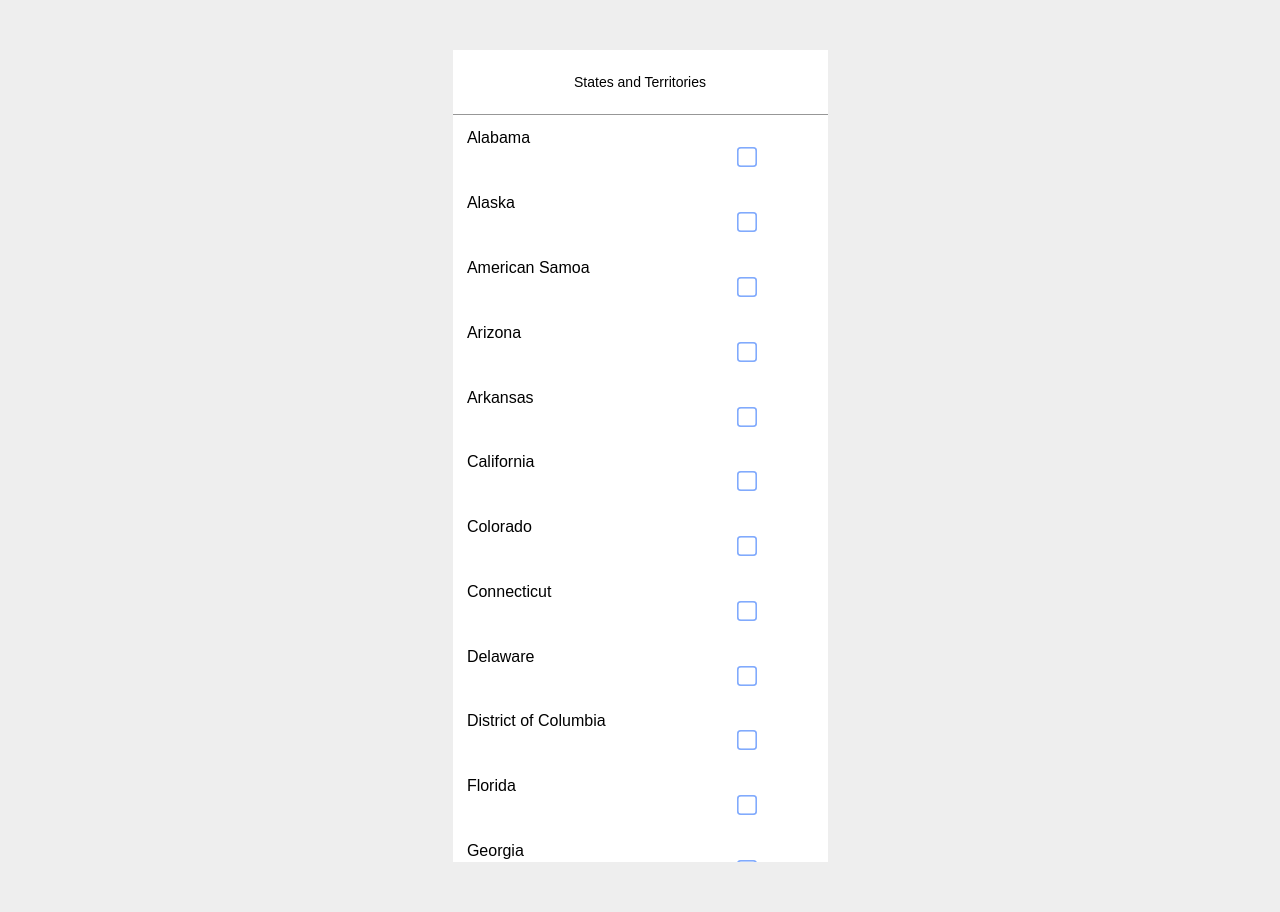
Repository: zitac234/codingTest
Page: /
An editor plug-in stored every save of this project. The page is shown before and after a run of saves, followed by the edit.
The browser window is 1280 px wide. The pictures show the whole page.
The project was rebuilt for these pictures with package versions that can differ from the ones it lists, and the page was loaded fresh each time.

Above is the page before, as saved 2021-03-31 15:09:16.

After the next 4 saves:
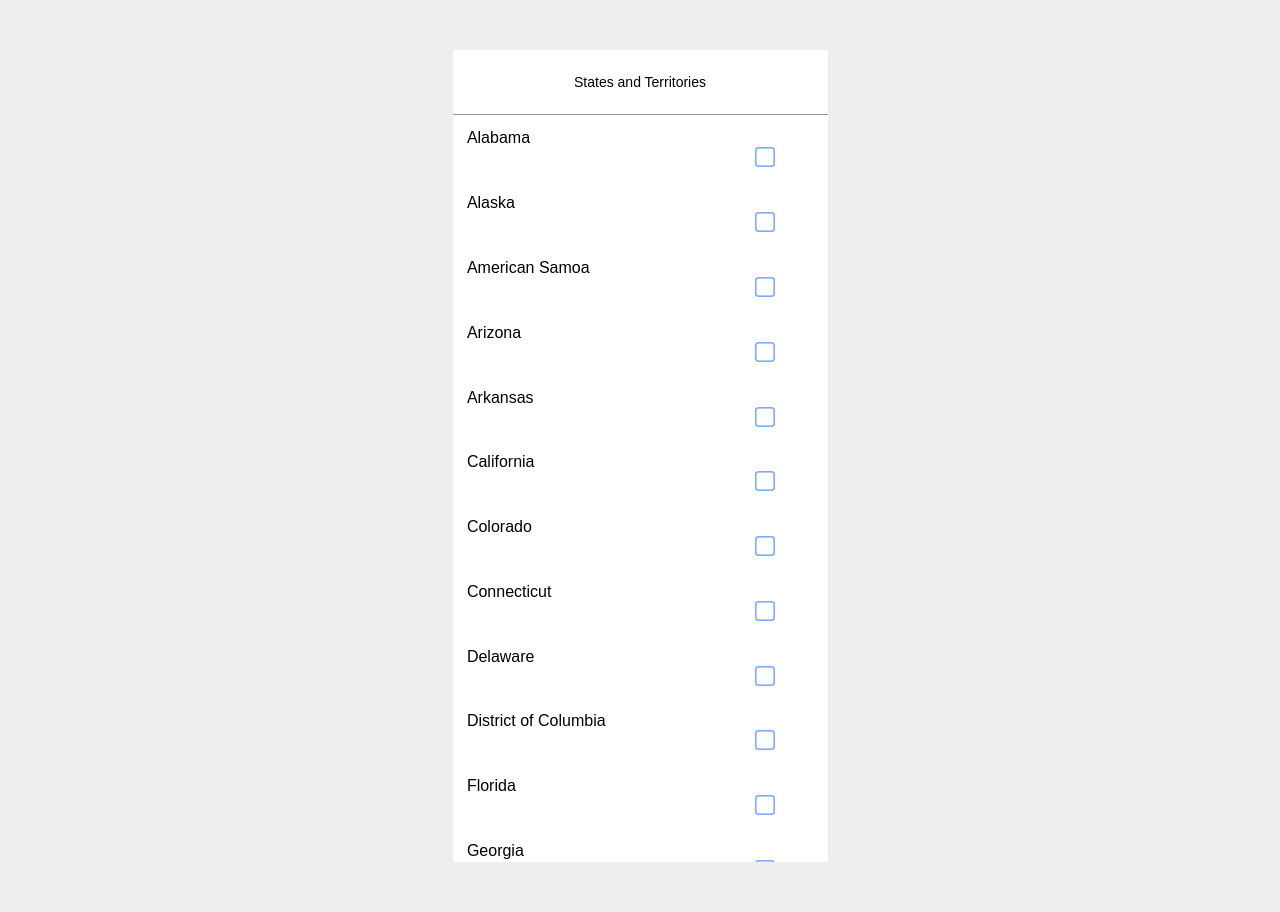
The 4 saves are shown as one change because they came seconds apart.
The last was saved 24 s later.
--- a/src/List.css
+++ b/src/List.css
@@ -7,5 +7,6 @@
   margin: 2vh 0vh  0vh 2vh;
 }
 .checkbox{
-  margin-left: 75%;
+  margin-left: 80%;
+
 }
